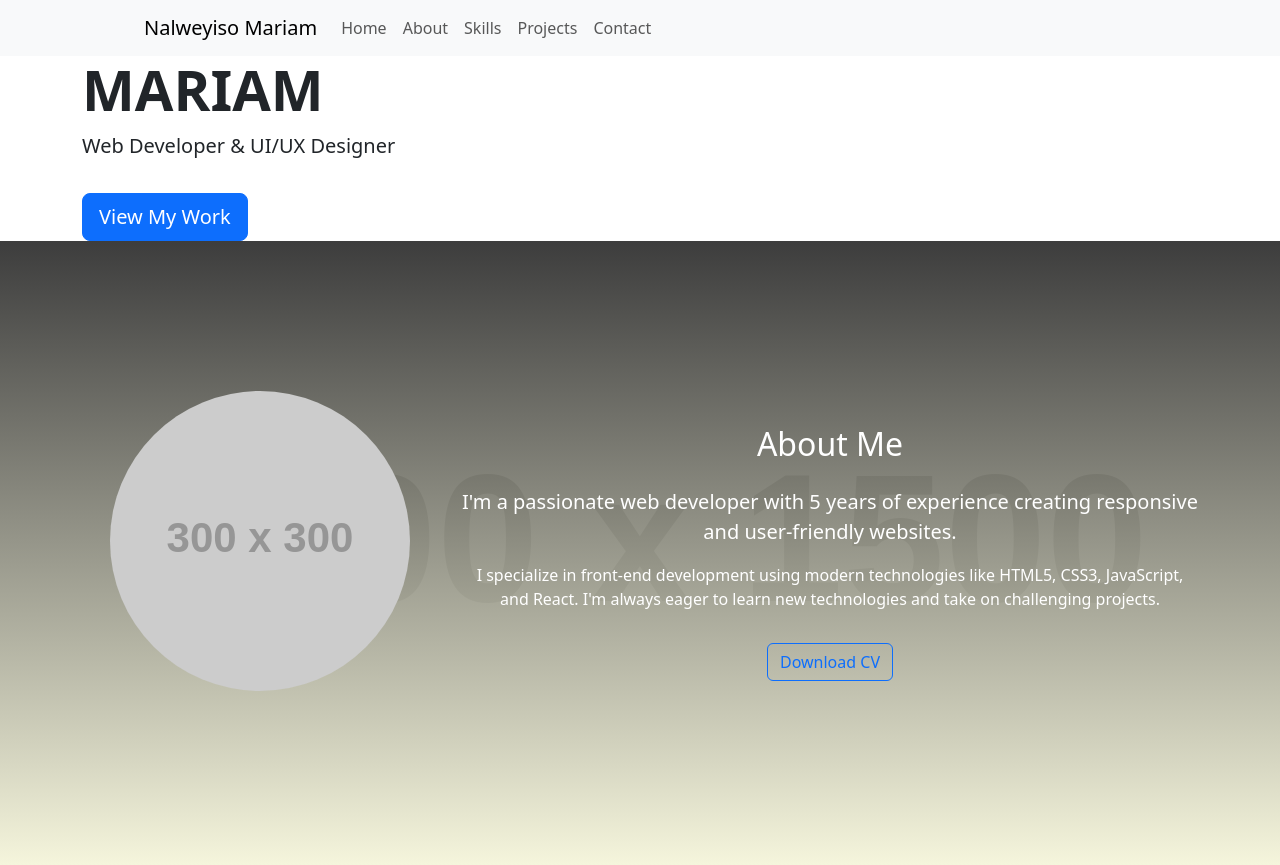
Repository: NalweMari/My-Personal-Portfolio
Page: index.html
The author's editor kept a copy of each file at every save. The page is drawn from the files as they stood at one save, then again after the next save.
The browser window is 1280 px wide. The pictures show the whole page.

Above is the page before, as saved 2025-11-27 12:42:45.
Console error (its wording comes from the project's code and is left out).

After the next save:
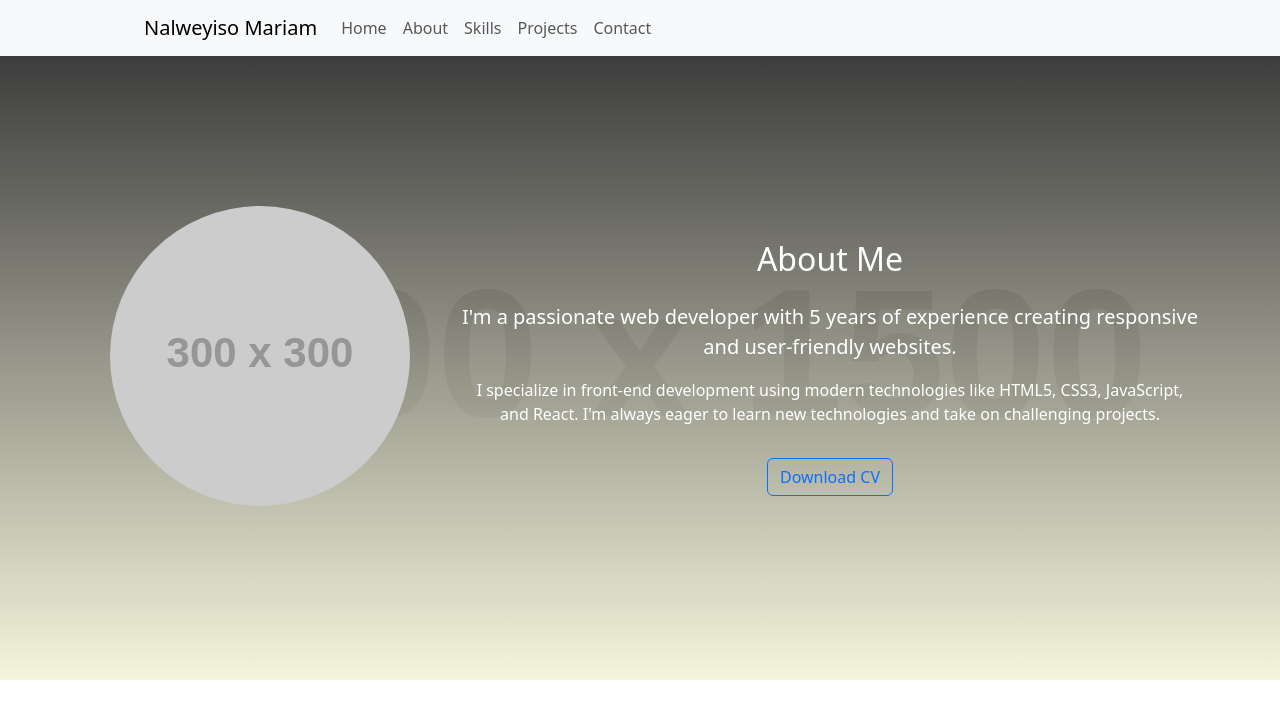
Saved 9 s later.
--- a/index.html
+++ b/index.html
@@ -43,14 +43,7 @@
     </nav>
 
     <!-- Hero Section -->
-    <section id="home" class="">
-        <div class="container">
-            <h1 class="display-4 fw-bold">MARIAM</h1>
-            <p class="lead">Web Developer & UI/UX Designer</p>
-            <a href="#projects" class="btn btn-primary btn-lg mt-3">View My Work</a>
-        </div>
-        <div></div>
-    </section>
+
 <section id="home" class="hero-section text-center">
         <div class="container">
             <div class="row align-items-center">
